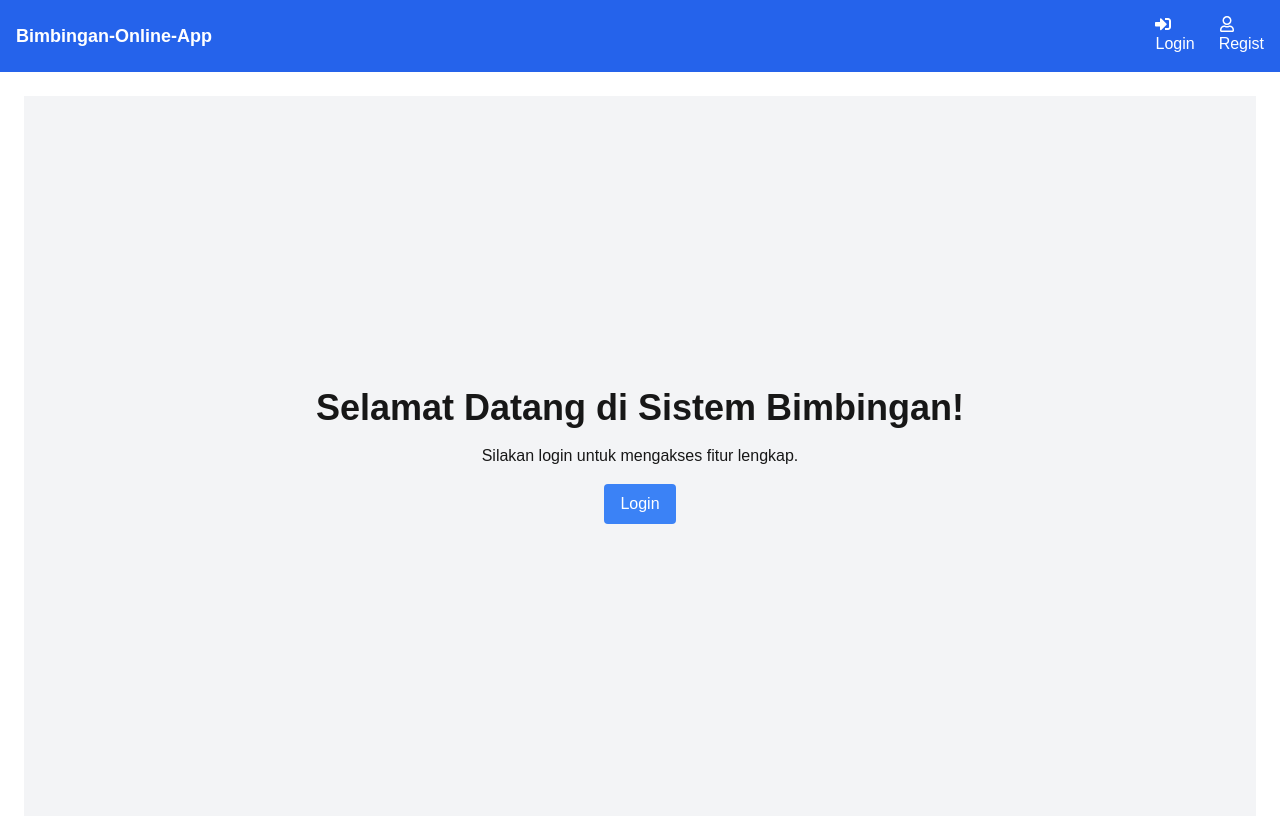
Repository: rizki220700/bimbinganku
Page: /
An editor plug-in stored every save of this project. The page is shown before and after the next save, followed by the edit.
The browser window is 1280 px wide. The pictures show the whole page.
The page's requests for data from a server got no answer. The project was rebuilt for these pictures with package versions that can differ from the ones it lists, and the page was loaded fresh each time. The framework's server and built-in components were replaced by stand-ins that run in the browser. No one was signed in, and anything a server would have sent is missing. Also part of the build but not shown: next.config.ts.

Above is the page before, as saved 2025-03-12 15:20:45.

After the next save:
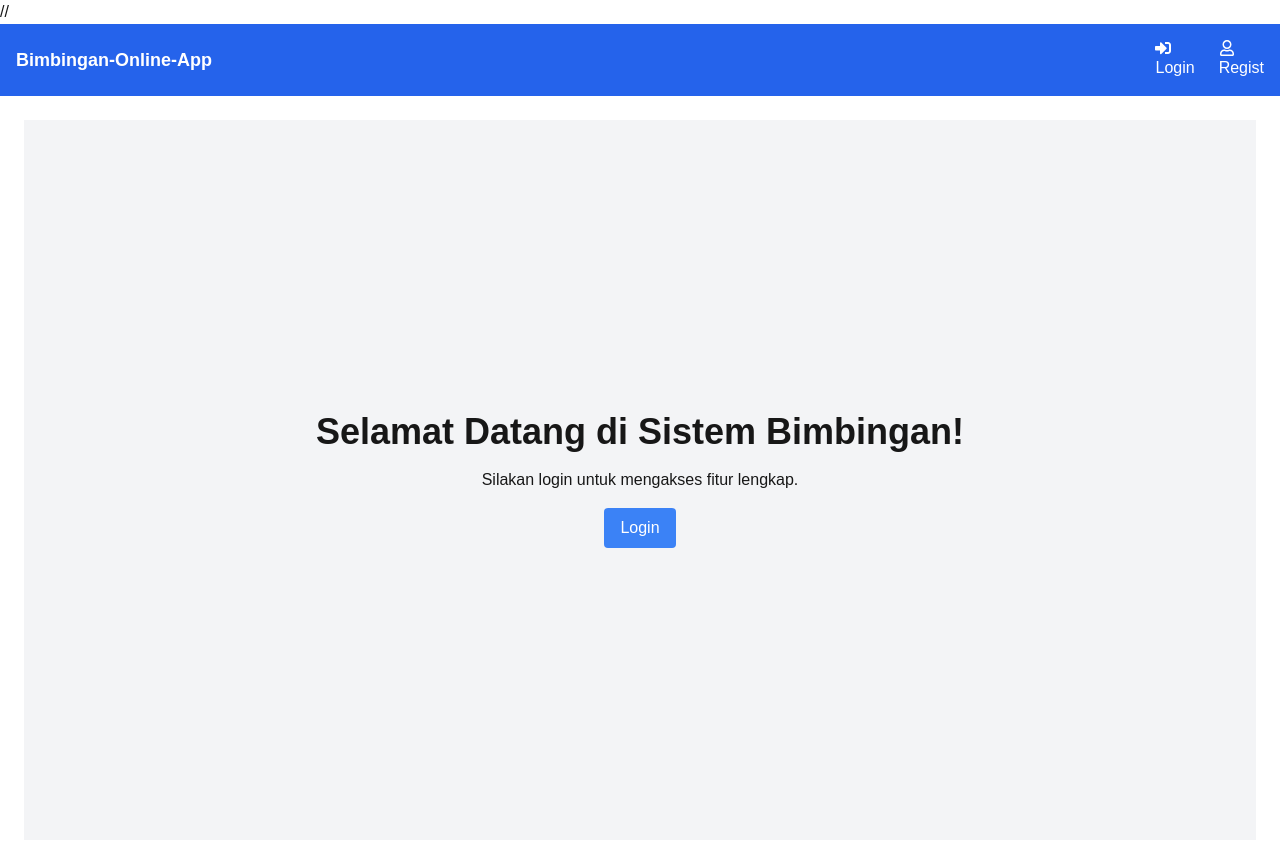
Saved 64 s later.
--- a/src/app/layout.tsx
+++ b/src/app/layout.tsx
@@ -18,7 +18,7 @@
     return (
         <html lang="en">
             <body>
-                <Header />
+            //   <Header />
                 <main className="p-6">{children}</main>
             </body>
         </html>

After the save that followed:
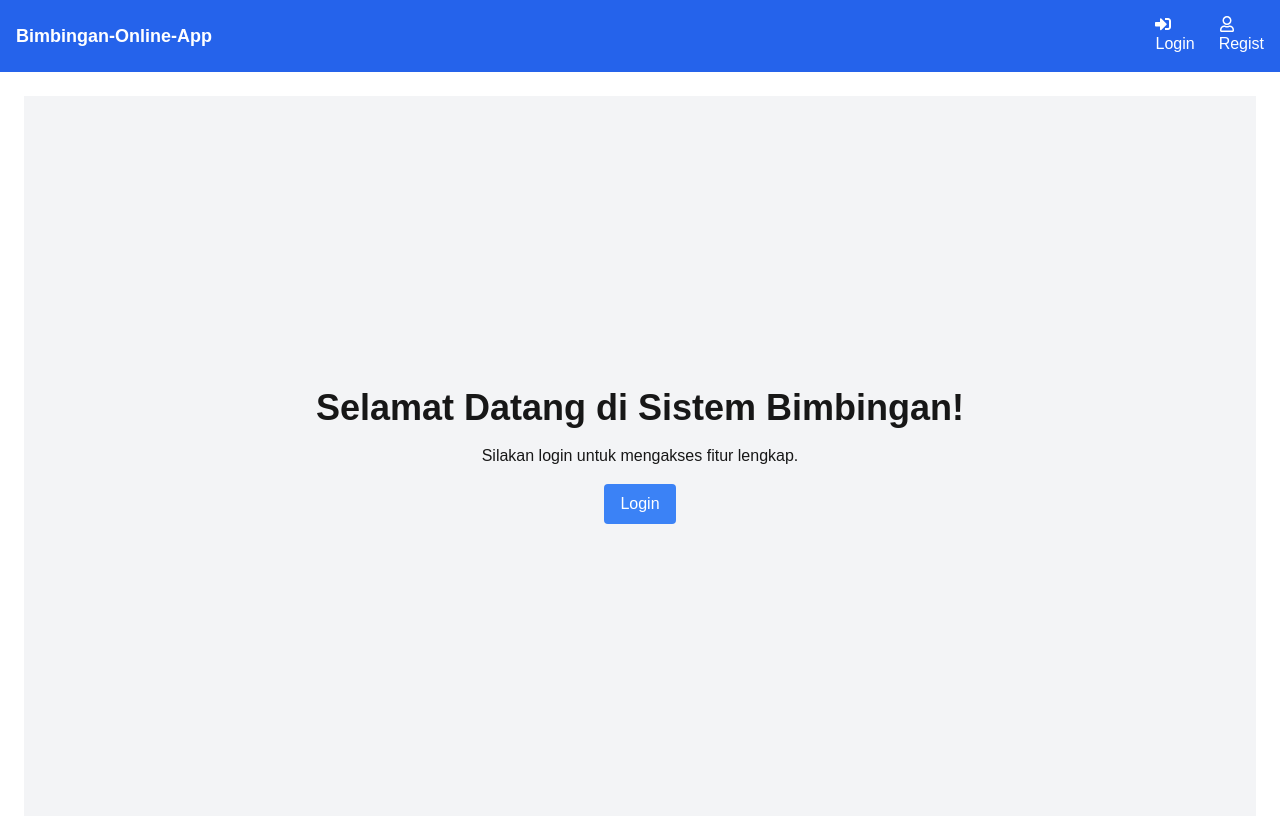
Saved 9 s later.
--- a/src/app/layout.tsx
+++ b/src/app/layout.tsx
@@ -18,7 +18,7 @@
     return (
         <html lang="en">
             <body>
-            //   <Header />
+               <Header />
                 <main className="p-6">{children}</main>
             </body>
         </html>
